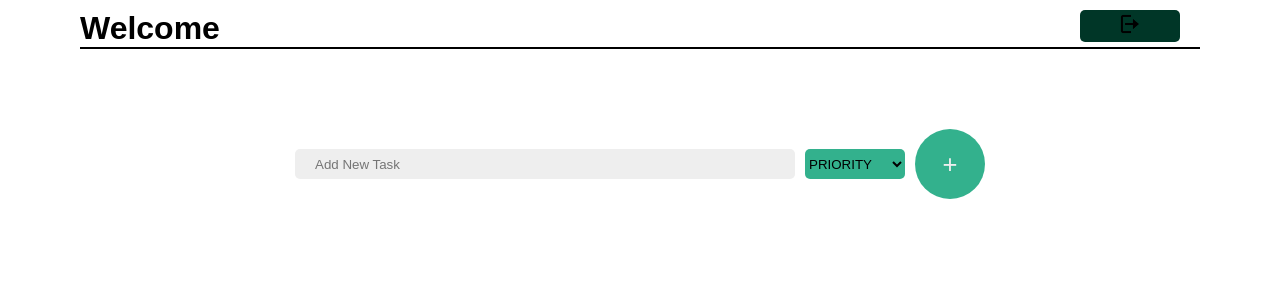
Repository: tebo27cMd/todo_App
Page: /HomePage
The author's editor kept a copy of each file at every save. The page is drawn from the files as they stood at one save, then again after a run of saves.
The browser window is 1280 px wide. The pictures show the whole page.
The page's requests for data from a server got no answer. The project was rebuilt for these pictures with package versions that can differ from the ones it lists, and the page was loaded fresh each time. No one was signed in, and anything a server would have sent is missing. Also part of the build but not shown: src/Pages/LoginPage.jsx, src/Pages/SignInPage.jsx.

Above is the page before, as saved 2022-08-23 11:56:00.

### src/App.js
import React, {useState, useEffect} from 'react';
import './App.css';
import LoginPage from './Pages/LoginPage';
import SignInPage from './Pages/SignInPage';
import HomePage from './Pages/HomePage';

import {BrowserRouter as Router,Routes,Route,Link} from "react-router-dom";

//import {collection, getDocs, getDoc, doc, deleteDoc} from 'firebase/firestore'







function App() {


  const [tasks, setTasks] = useState([]);

  const addTasks = ((task, priorityType)=>{
    setTasks((tasks)=>[...tasks, {
      task:task,
      priorityType:priorityType
    }])

    console.log(tasks);
  })
  return (
    <div className="App">

      <Router>
      <Routes>
        <Route exact path="/" element = {<LoginPage/>}></Route>
        <Route path="/SignInPage" element = {<SignInPage/>}></Route>
        <Route exact path="/HomePage" element = {<HomePage/>}></Route>
      </Routes>
    </Router>

    </div>
  );
}

export default App;

### src/App.css
* {
  box-sizing: border-box;
  margin: 0;
  padding: 0;
  font-family: 'Times New Roman', Times, serif;
}

### src/Pages/HomePage.jsx

import React, { useState, useEffect } from "react";

  import '../css/HomePage.css';

  import {db} from '../Config-file/firebase';

  import {addDoc, collection,getDocs} from 'firebase/firestore';
  import CheckCircleIcon from "@mui/icons-material/CheckCircle";


  import logout from '../image/logout.png'





function HomePage() {
  const[task, setTask]= useState('');
  const[priority, setPriority] = useState('');

  const[items, setItem] = useState([]);

  const itemRef =collection(db,"Tasks");

  const getItems = async()=>{
      let data = await getDocs(itemRef);
      setItem(data.docs.map((doc)=>({...doc.data(), id: doc.id})))
  }

  const addItems = async()=>{
     await addDoc(itemRef, {task:task, priority:priority})
     alert("Item added Successfully");
    getItems();
    }


    useEffect(()=>{
      getItems();
   }, [])





    return (
      <div className="AddTask">
          <div className="topPart">
              <h1>Welcome</h1>
              <button><div className="tick"><img src={logout} alt="" /></div></button>
          </div>

          <div className="bottomPart">
            <div className="input-fields">
              <input type="text" placeholder="Add New Task" onChange={(e)=>setTask(e.target.value)}/>
                <select name="priority" id="priority" onChange={(e)=>setPriority(e.target.value)}>
                    <option value="Priority">PRIORITY</option>
                    <option value="High">High</option>
                    <option value="Medium">Medium</option>
                    <option value="Low">Low</option>

                </select>

                <button className="topBtn" onClick={addItems}>+</button>

            </div>

            <div className="task-list">
            {
                        items.map(item=>((
                            <div className="items" key={item.id}>
                                {
                                    item.priority == "Low" ? (

                                        <div className="item" style={{borderBottom: "3px solid green"}}>
                                        <span>{item.task}</span>
                                        <button className="complete"><div className="CheckLow"><CheckCircleIcon id="i" /></div></button>
                                        </div>

                                    ):item.priority == "Medium" ? (
                                        <div className="item" style={{borderBottom: "3px solid orange"}}>
                                        <span>{item.task}</span>
                                        <button className="complete"><div className="CheckMedium"><CheckCircleIcon id="i" /></div></button>
                                        </div>
                                    ):item.priority == "High" ? (
                                        <div className="item" style={{borderBottom: "3px solid red"}}>
                                        <span>{item.task}</span>
                                        <button className="complete"><div className="CheckHigh"><CheckCircleIcon id="i" /></div></button>

                                        </div>
                                    ):(
                                        <div>

                                        </div>
                                    )
                                }




                            </div>
                        )))
                    }
            </div>

          </div>

      </div>
    )
  }



export default HomePage;

### src/Pages/LoginPage.css
@import url("https://fonts.googleapis.com/css?family=Roboto&display=swap");
:root
{
    --btnGreen: #339eb1;
    --beige: beige;

}

.LoginPage{
    display: grid;
    grid-template-columns: 40% 60%;
    width: 100vw;
    height: 100vh;
    font-family:'Roboto' ;
}

.LoginPage aside{
    background: url(../Images/Ado.jpeg);
    background-size: cover;
}

.LoginPage section{
    display: flex;
    flex-direction: column;
    justify-content: center;
    align-items: center;
    padding: 50px;

}

.LoginPage .welcome{
    margin-top: 20px;
    margin-bottom: 20px;
    font-weight: bolder;
    font-size: 2em;
    font-family:'Roboto' ;
    color: #4c52ac;
}

.LoginPage .paragraph1{
    margin-bottom: 20px;
    font-size: 1.2em;
    color: #4c52ac;
}

.LoginPage .input-control{
    display: flex;
    flex-direction: column;
    align-self: flex-start;
    width: 100%;

}

.LoginPage .input-control label{
    margin-top: 10px;
    margin-bottom: 10px;
    font-size: 1.4em;

}

.LoginPage .input-control input{
    font-size: 1.2em;
    height: 50px;
    padding: 20px 10px 20px 10px;
    margin-top: 10px;
    border: none;
    border-radius: 10px;
    width: 100%;
    background-color: #eee;

}

.LoginPage button{
    width: 300px;
    height: 50px;

}
.LoginPage .lgnBtn:hover{
   background-color:#4c52ac;
   border-color: #7bff00;
}
.LoginPage .lgnBtn{
    margin-top: 50px;
    border-radius: 5px;
    border: none;
    background-color: var(--btnGreen);
    font-size: 1em;
    cursor: pointer;
    color: white;
}

.LoginPage .create{
    font-family:'Roboto' ;
    margin-top: 30px;
}


Link{
    color: var(--btnGreen);
}

.LoginPage .or{
    font-weight: lighter;
    font-size: 1em;
    margin: 20px;
}

.LoginPage .signBtn{

    margin: 20px;
    padding-right: 20px;
    border-radius: 5px;
    border-color: #4c52ac;
    cursor: pointer;
    background-color: white;
    border-radius: 7px;
}



.logo{
    display: flex;
    flex-direction: row;
    justify-content: center;

}

.logo img{
    width: 50px;
    height: 30px;
    padding-left: 10px;
}

.logo span{
    padding-top: 7px;
}

### src/Config-file/firebase.js
// Import the functions you need from the SDKs you need
import { initializeApp } from "firebase/app";
import { getFirestore } from "@firebase/firestore";
import {getAuth} from 'firebase/auth';

const firebaseConfig = {
  apiKey: "AIzaSyB44VhlyOGLme-EDCUVNbbB2UbazBO3qIY",
  authDomain:  "todo-433b6.firebaseapp.com",
  projectId:"todo-433b6",
  storageBucket: "todo-433b6.appspot.com",
  messagingSenderId: "23893463738",
  appId:"1:23893463738:web:7b7d1fefeddfc1abce6883",
  measurementId: "G-QQNBP66G32"
};

// Initialize Firebase
const app = initializeApp(firebaseConfig);
const db = getFirestore(app);
const auth = getAuth(app);
export  {auth, db};

### src/css/HomePage.css


*{
    box-sizing:border-box;
    margin: 0;
    padding: 0;
    font-family: sans-serif;
}


.topPart{
    display: flex;
    justify-content: space-between;
    margin: 10px 80px;
    border-bottom: 2px solid black;

}

.topPart button{
    width: 100px;
    margin:0px 20px 5px 0px;
    border-radius: 5px;
    border: none;
    background-color: #003627;
    cursor: pointer;
    color: white;
    font-size: 1.2em;

}
.topPart img {
    height: 20px;
}

.topPart button:hover{
    background-color: rgba(245, 27, 27, 0.815);
    color: black;
}

.bottomPart{
    display: flex;
    flex-direction: column;
    justify-content: center;
    align-items: center;
    margin-top: 80px;
}

.bottomPart input{
    margin-right: 10px;
    height: 30px;
    width: 500px;
    padding-left: 20px;
    border: none;
    background-color: #eee;
    border-radius: 5px;

}

.bottomPart select{
    margin-right: 10px;
    height: 30px;
    width: 100px;
    border: none;
    background-color: #33b18d;
    border-radius: 5px;
}

.bottomPart .topBtn{
    height: 70px;
    width: 70px;
    border-radius: 50px;
    border: none;
    color: #eee;
    font-size: 1.6em;
    background-color: #33b18d;
    cursor: pointer;

}
.bottomPart .CheckHigh{
    border-radius: 50px;
    border: none;
    background-color: #ec9b9b;
    color: rgb(0, 0, 0);
    font-size: 1.6em;
    cursor: pointer;
}
.bottomPart .CheckHigh:hover{
    background-color: red;
}
.bottomPart .CheckMedium{
    border-radius: 50px;
    border: none;
    background-color: #feffdd;
    color: rgb(0, 0, 0);
    font-size: 1.6em;
    cursor: pointer;
}
.bottomPart .CheckMedium:hover{
    background-color: yellow;
}
.bottomPart .CheckLow{
    border-radius: 50px;
    border: none;
    background-color: #e1ffdd;
    color: rgb(0, 0, 0);
    font-size: 1.6em;
    cursor: pointer;
}
.bottomPart .CheckLow:hover{
    background-color: green;
}

.bottomPart button:hover{
    background-color: #776e7625;
    color: black;
}

.input-fields {
    display: flex;
    align-items: center;
}



/* Task list*/


.task-list{
    width: 600px;
    margin-right: 60px;
}

.item{
    display: flex;
    text-align: center;
    justify-content: space-between;
    padding: 10px;
    border-radius: 5px;
    border: none;
    box-shadow: 2px 2px 5px 0px grey;

}
.items{
    padding: 5px 0;
}
.item button{
    border: none;
    border-radius: 50px;
    width: 80px;
    height: 40px;
    font-size: 20px;
    cursor: pointer;

}

Loaded but not shown: public/index.html (common file); src/index.js (common file); src/reportWebVitals.js (common file)

After the next 2 saves:
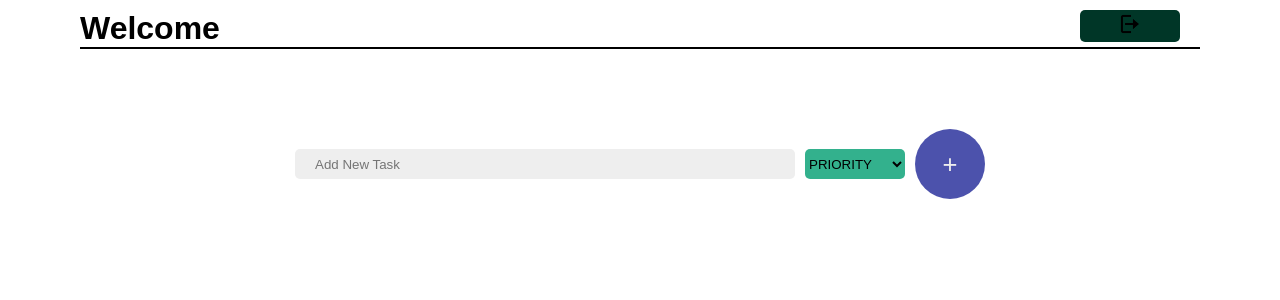
The 2 saves are shown as one change because they came seconds apart.
The last was saved 35 s later.
--- a/src/css/HomePage.css
+++ b/src/css/HomePage.css
@@ -71,7 +71,7 @@
     border: none;
     color: #eee;
     font-size: 1.6em;
-    background-color: #33b18d;
+    background-color: #4c52ac;
     cursor: pointer;
 
 }
